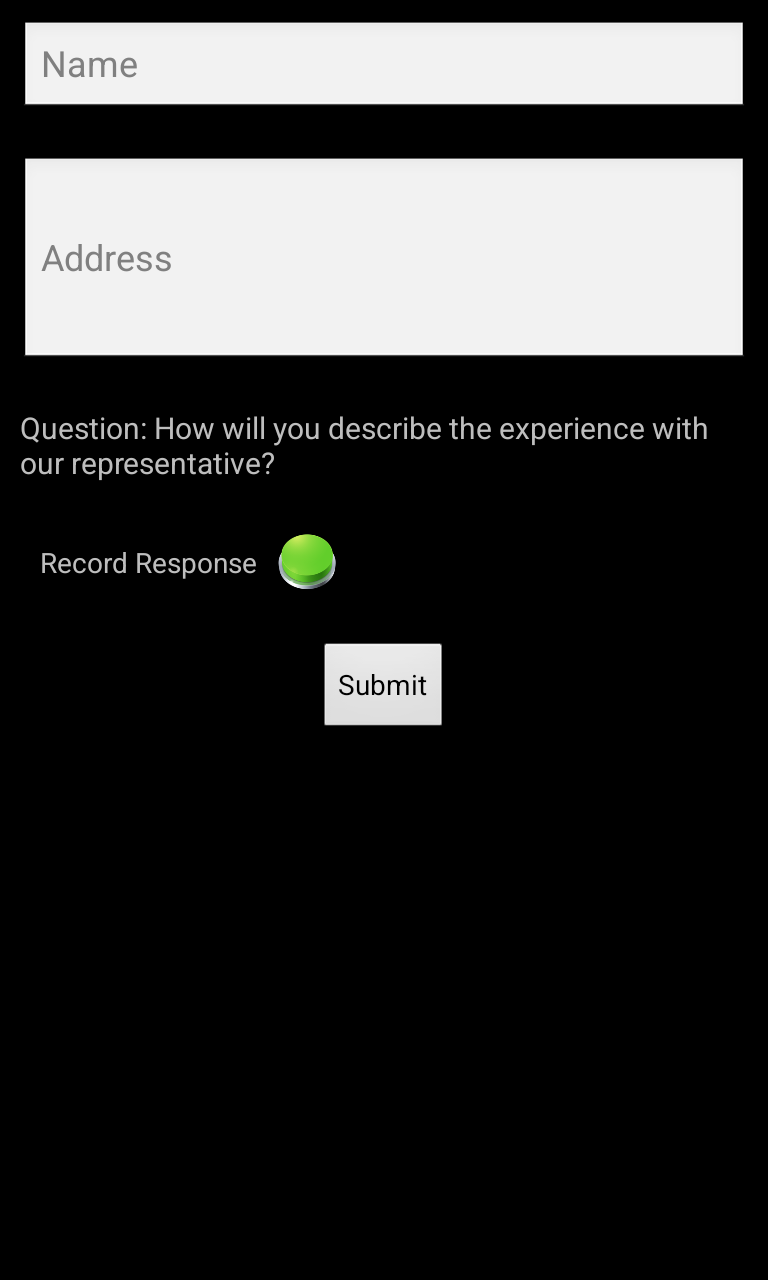
Repository: Anmol92verma/SurveyApp
Layout: SoundServey/res/layout/activity_main.xml
These files come from the project's save history. The layout is drawn as it stood at one moment and after the next save; the edit follows.
It is drawn on a 768 x 1280 px phone screen (xhdpi) without system bars, with theme android:Theme.Black; the app's code is not run.

Above is the layout before, as saved 2015-02-21 16:54:15.

After the next save:
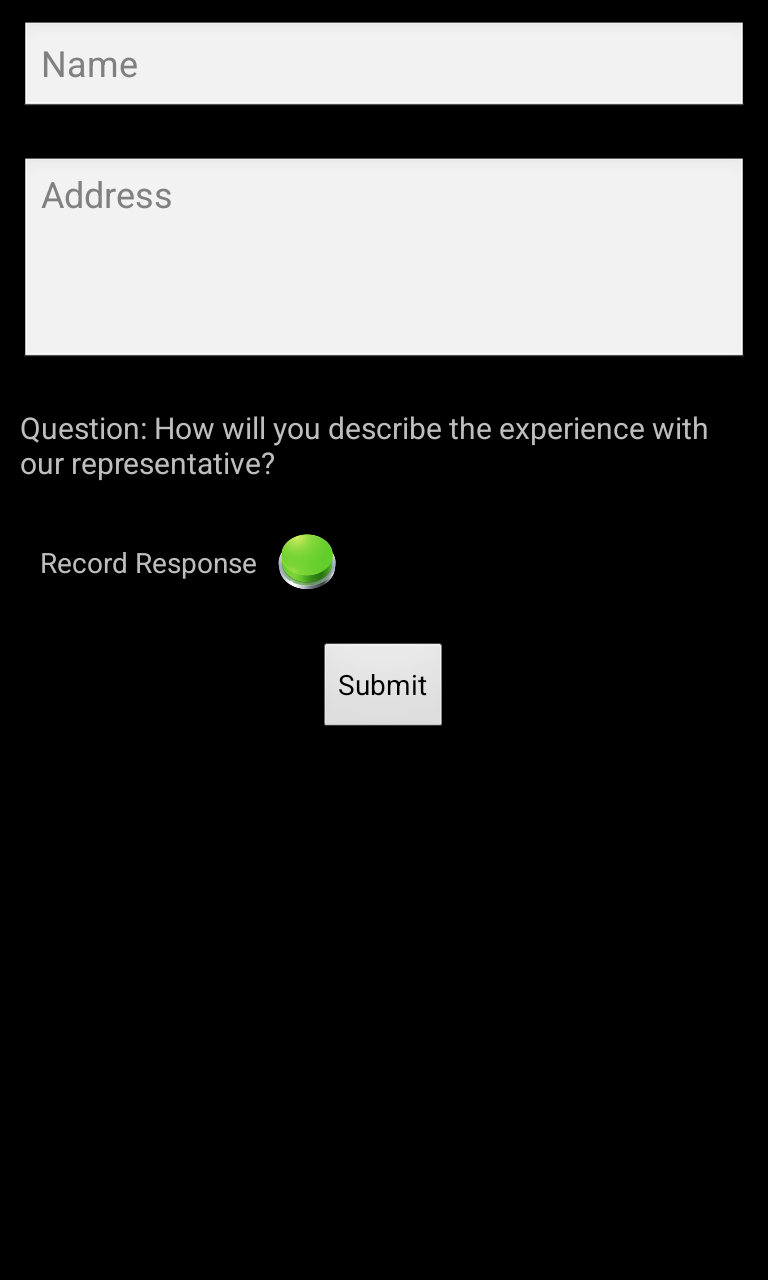
Saved 11 s later.
--- a/SoundServey/res/layout/activity_main.xml
+++ b/SoundServey/res/layout/activity_main.xml
@@ -26,6 +26,7 @@
                 android:layout_width="match_parent"
                 android:maxLines="5"
                 android:minLines="4"
+                android:gravity="top|left"
                 android:layout_height="wrap_content"
                 android:layout_margin="@dimen/dimen_margin"
                 android:hint="@string/string_address" />
